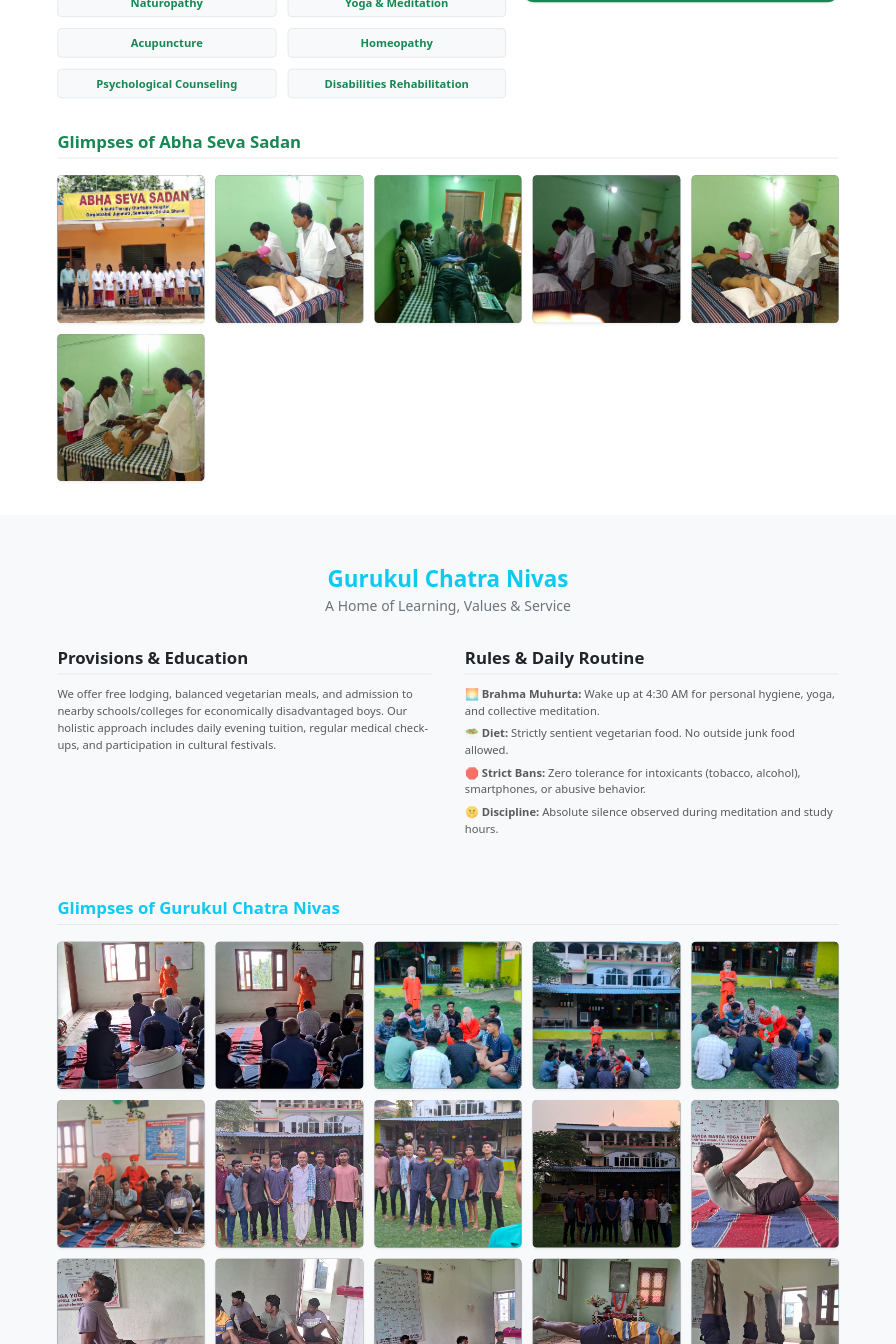
Repository: Gagankumar7869/ngo-website
Page: /
These files come from the project's save history. The page is drawn as it stood at one moment and after the next save; the edit follows.
The browser window is 1280 px wide. The pictures show the part of the page from y = 1586 to 3506 px (the page is 4661 px tall), at 70% of full size.
The project was rebuilt for these pictures with package versions that can differ from the ones it lists, and the page was loaded fresh each time. Also part of the build but not shown: vite.config.js.

Above is the page before, as saved 2026-03-18 11:40:36.

### index.html
<!doctype html>
<html lang="en">
  <head>
    <meta charset="UTF-8" />
    <link rel="icon" type="image/svg+xml" href="/favicon.svg" />
    <meta name="viewport" content="width=device-width, initial-scale=1.0" />
    <title>ngo_website</title>
  </head>
  <body>
    <div id="root"></div>
    <script type="module" src="/src/main.jsx"></script>
  </body>
</html>

### src/index.css
/* Custom Styling for the Support Cards */
.support-card {
  background-color: transparent;
  color: white;
  transition: all 0.3s ease-in-out;
  cursor: pointer;
}

.support-card:hover {
  background-color: #ffc107; /* Matches Bootstrap's warning yellow */
  color: #212529 !important; /* Dark text for readability */
  border-color: #ffc107 !important;
  transform: translateY(-5px); /* Slight lift effect */
  box-shadow: 0 10px 20px rgba(0,0,0,0.2);
}

.support-card:hover h4,
.support-card:hover p {
  color: #212529 !important;
}

/* Make the hero image a bit more organic looking */
.hero-image {
  border-radius: 50% 10% 50% 10% / 10% 50% 10% 50%;
  box-shadow: 0 15px 30px rgba(0,0,0,0.1);
}

### src/App.jsx
import React from 'react';
import Navigation from './components/Navigation';
import Home from './pages/Home';

function App() {
  return (
    <div>
      <Navigation />
      <main>
        <Home />
      </main>
    </div>
  );
}

export default App;

### src/components/Navigation.jsx
import React from 'react';
import { Navbar, Nav, Container } from 'react-bootstrap';

const Navigation = () => {
  return (
    <>
      {/* Top Contact Bar */}
      <div className="bg-light py-2 border-bottom d-none d-lg-block">
        <Container>
          <div className="row text-muted small fw-semibold">
            <div className="col-md-4">
              📞 +91 9938167456
            </div>
            <div className="col-md-4 text-center">
              ✉️ abhasevasadansambalpur@gmail.com
            </div>
            <div className="col-md-4 text-end">
              📍 Sambalpur, Odisha, BHARAT
            </div>
          </div>
        </Container>
      </div>

      {/* Main Navbar */}
      <Navbar bg="white" variant="light" expand="lg" sticky="top" className="shadow-sm py-3">
        <Container>
          <Navbar.Brand href="#" className="fw-bold fs-4 text-primary">
            ANDS Foundation
          </Navbar.Brand>
          <Navbar.Toggle aria-controls="basic-navbar-nav" />
          <Navbar.Collapse id="basic-navbar-nav">
            <Nav className="ms-auto align-items-center fw-semibold">
              <Nav.Link href="#hospital" className="fs-6 px-3 text-dark">Hospital</Nav.Link>
              <Nav.Link href="#gurukul" className="fs-6 px-3 text-dark">Gurukul</Nav.Link>
              <Nav.Link href="#donate" className="btn btn-dark text-white fw-bold ms-lg-3 px-4 rounded-pill">
                Donate Now
              </Nav.Link>
            </Nav>
          </Navbar.Collapse>
        </Container>
      </Navbar>
    </>
  );
};

export default Navigation;

### src/pages/Home.jsx
import React, { useState } from 'react';
import { Modal } from 'react-bootstrap';
// Ensure your QR code image is still in this folder
import qrCodeImage from '../assets/images/abha-qr.png';

const Home = () => {
  // Photo counts
  const hospitalPhotos = Array.from({ length: 6 }, (_, i) => i + 1);
  const gurukulPhotos = Array.from({ length: 18 }, (_, i) => i + 1);

  // State to handle the image modal (lightbox)
  const [showModal, setShowModal] = useState(false);
  const [selectedImage, setSelectedImage] = useState('');

  // Function to open the modal with the clicked image
  const handleImageClick = (imgSrc) => {
    setSelectedImage(imgSrc);
    setShowModal(true);
  };

  return (
    <div>
      {/* SPLIT HERO SECTION */}
      <header className="bg-white py-5 mt-3 mb-5">
        <div className="container py-4">
          <div className="row align-items-center">
            <div className="col-lg-6 mb-5 mb-lg-0 pe-lg-5">
              <h1 className="display-4 fw-bold mb-4" style={{ color: '#2c3e50' }}>
                Serving Humanity is <span className="text-warning">Serving God</span>
              </h1>
              <p className="lead text-muted mb-4 lh-base">
                A unified mission to uplift the underprivileged in Sambalpur, Odisha.
                We provide integrated healthcare at Abha Seva Sadan and holistic, moral education for boys at Gurukul Chatra Nivas.
              </p>
              <div className="d-flex gap-3">
                <a href="#gurukul" className="btn btn-outline-dark btn-lg px-4 rounded-pill fw-semibold">
                  Read More
                </a>
                <a href="#donate" className="btn btn-warning btn-lg px-4 rounded-pill fw-bold text-dark">
                  Donate Now
                </a>
              </div>
            </div>
            <div className="col-lg-6 text-center">
              <img
                src={`/src/assets/images/gurukul-1.jpg`}
                alt="Children of Gurukul"
                className="img-fluid hero-image border border-white border-5 shadow"
              />
            </div>
          </div>
        </div>
      </header>

      {/* DARK SUPPORT CARDS SECTION */}
      <section className="py-5" style={{ backgroundColor: '#2c3e50' }}>
        <div className="container text-center py-5">
          <p className="text-warning fst-italic mb-2">Help & donate us now</p>
          <h2 className="fw-bold text-white mb-5 display-6">How Can You Support Our Mission</h2>

          <div className="row g-4 px-lg-5">
            <div className="col-md-4">
              <div className="support-card p-4 h-100 border border-secondary rounded text-start">
                <h4 className="fw-bold mb-3">Sponsor a Child's Education</h4>
                <p className="mb-0">Support the children at Gurukul Chatra Nivas by funding their tuition, school supplies, and daily nutritious meals.</p>
              </div>
            </div>
            <div className="col-md-4">
              <div className="support-card p-4 h-100 border border-secondary rounded text-start">
                <h4 className="fw-bold mb-3">Sponsor Medical Care</h4>
                <p className="mb-0">Help us procure medical equipment and provide free or low-cost holistic treatments at Abha Seva Sadan.</p>
              </div>
            </div>
            <div className="col-md-4">
              <div className="support-card p-4 h-100 border border-secondary rounded text-start">
                <h4 className="fw-bold mb-3">Celebrate Your Special Day</h4>
                <p className="mb-0">Celebrate your birthdays or anniversaries by sponsoring a special meal for the children and making a real difference.</p>
              </div>
            </div>
          </div>
        </div>
      </section>

      {/* ABHA SEVA SADAN (HOSPITAL) */}
      <section id="hospital" className="container py-5 mt-4">
        <div className="row align-items-center mb-5">
          <div className="col-lg-7">
            <h2 className="fw-bold text-success mb-3">Abha Seva Sadan</h2>
            <h5 className="text-secondary mb-4">Multi-Therapy Charitable Hospital</h5>
            <p className="fs-5 text-muted">
              We provide affordable and integrated healthcare to the underprivileged, blending modern science with ancient wellness traditions.
            </p>
            <div className="row g-3 mt-3">
              {['Allopathy', 'Ayurveda', 'Naturopathy', 'Yoga & Meditation', 'Acupuncture', 'Homeopathy', 'Psychological Counseling', 'Disabilities Rehabilitation'].map((therapy, index) => (
                <div key={index} className="col-sm-6">
                  <div className="p-2 border rounded bg-light text-center fw-semibold text-success">
                    {therapy}
                  </div>
                </div>
              ))}
            </div>
          </div>
          <div className="col-lg-5 mt-4 mt-lg-0 text-center">
             <div className="bg-success text-white p-4 rounded-4 shadow-sm">
                <h4 className="fw-bold mb-3">Hospital Vision</h4>
                <p className="mb-0">To create a center of healing focused on the total wellbeing of body, mind, and spirit for those who cannot afford treatment.</p>
             </div>
          </div>
        </div>

        {/* HOSPITAL PHOTO GALLERY */}
        <div className="mt-5">
          <h4 className="fw-bold mb-4 text-success border-bottom pb-2">Glimpses of Abha Seva Sadan</h4>
          <div className="row row-cols-2 row-cols-md-3 row-cols-lg-5 g-3">
            {hospitalPhotos.map((num) => (
              <div className="col" key={`hosp-${num}`}>
                <div
                  className="ratio ratio-1x1 bg-secondary rounded shadow-sm overflow-hidden d-flex align-items-center justify-content-center text-white"
                  style={{ cursor: 'pointer' }}
                  onClick={() => handleImageClick(`/src/assets/images/hospital-${num}.jpg`)}
                >
                  <img
                    src={`/src/assets/images/hospital-${num}.jpg`}
                    alt={`Hospital ${num}`}
                    className="img-fluid object-fit-cover w-100 h-100 support-card"
                  />
                </div>
              </div>
            ))}
          </div>
        </div>
      </section>

      {/* GURUKUL CHATRA NIVAS (HOSTEL) */}
      <section id="gurukul" className="bg-light py-5">
        <div className="container py-4">
          <div className="text-center mb-5">
            <h2 className="fw-bold text-info mb-2">Gurukul Chatra Nivas</h2>
            <h5 className="text-secondary">A Home of Learning, Values & Service</h5>
          </div>

          <div className="row g-5">
            <div className="col-md-6">
              <h4 className="fw-bold border-bottom pb-2">Provisions & Education</h4>
              <p className="text-muted mt-3">
                We offer free lodging, balanced vegetarian meals, and admission to nearby schools/colleges for economically disadvantaged boys. Our holistic approach includes daily evening tuition, regular medical check-ups, and participation in cultural festivals.
              </p>
            </div>

            <div className="col-md-6">
              <h4 className="fw-bold border-bottom pb-2">Rules & Daily Routine</h4>
              <ul className="list-unstyled mt-3 text-muted">
                <li className="mb-2">🌅 <strong>Brahma Muhurta:</strong> Wake up at 4:30 AM for personal hygiene, yoga, and collective meditation.</li>
                <li className="mb-2">🥗 <strong>Diet:</strong> Strictly sentient vegetarian food. No outside junk food allowed.</li>
                <li className="mb-2">🛑 <strong>Strict Bans:</strong> Zero tolerance for intoxicants (tobacco, alcohol), smartphones, or abusive behavior.</li>
                <li className="mb-2">🤫 <strong>Discipline:</strong> Absolute silence observed during meditation and study hours.</li>
              </ul>
            </div>
          </div>

          {/* GURUKUL PHOTO GALLERY */}
          <div className="mt-5 pt-4">
            <h4 className="fw-bold mb-4 text-info border-bottom pb-2">Glimpses of Gurukul Chatra Nivas</h4>
            <div className="row row-cols-2 row-cols-md-3 row-cols-lg-5 g-3">
              {gurukulPhotos.map((num) => (
                <div className="col" key={`guru-${num}`}>
                  <div
                    className="ratio ratio-1x1 bg-secondary rounded shadow-sm overflow-hidden d-flex align-items-center justify-content-center text-white"
                    style={{ cursor: 'pointer' }}
                    onClick={() => handleImageClick(`/src/assets/images/gurukul-${num}.jpg`)}
                  >
                    <img
                      src={`/src/assets/images/gurukul-${num}.jpg`}
                      alt={`Gurukul ${num}`}
                      className="img-fluid object-fit-cover w-100 h-100 support-card"
                    />
                  </div>
                </div>
              ))}
            </div>
          </div>
        </div>
      </section>

      {/* INTEGRATED DONATION SECTION */}
      <section id="donate" className="bg-dark text-white py-5">
        <div className="container py-4">
          <div className="text-center mb-5">
            <h2 className="fw-bold text-warning mb-3">Support Our Mission</h2>
            <p className="lead mx-auto" style={{ maxWidth: '700px' }}>
              Your contributions help construct hospital wards, support staff salaries, and provide food and education to the children of Gurukul Chatra Nivas.
            </p>
          </div>

          <div className="row justify-content-center align-items-stretch g-4">
            <div className="col-md-5">
              <div className="card h-100 shadow-sm border-0 text-dark">
                <div className="card-body p-4 bg-light rounded text-center">
                  <h4 className="card-title text-primary mb-4">Direct Bank Transfer</h4>
                  <ul className="list-unstyled fs-6 text-start d-inline-block">
                    <li className="mb-2"><strong>Account Name:</strong> Abha Seva Sadan</li>
                    <li className="mb-2"><strong>A/c Number:</strong> 44087197883</li>
                    <li className="mb-2"><strong>Bank:</strong> State Bank of India</li>
                    <li className="mb-2"><strong>Branch:</strong> Dhanupali (11576)</li>
                    <li className="mb-2"><strong>IFSC Code:</strong> SBIN0011576</li>
                  </ul>
                </div>
              </div>
            </div>

            <div className="col-md-5">
              <div className="card h-100 shadow-sm border-0 text-dark">
                <div className="card-body p-4 text-center">
                  <h4 className="card-title text-primary mb-3">Scan & Donate via UPI</h4>
                  <img
                    src={qrCodeImage}
                    alt="Donate via UPI"
                    className="img-fluid border p-2 rounded shadow-sm mb-2"
                    style={{ maxWidth: '180px' }}
                  />
                  <p className="text-muted small mb-0">Google Pay, PhonePe, Paytm</p>
                </div>
              </div>
            </div>
          </div>
        </div>
      </section>

      {/* FOOTER */}
      <footer className="bg-secondary text-white text-center py-4">
        <div className="container small">
          <p className="mb-1 fw-bold fs-5">ANDS FOUNDATION</p>
          <p className="mb-1">Reg. No. 1956/4/3864-2006</p>
          <p className="mb-1">Gargadbahal, Jujomura & Govindtola, Dhanupali, Sambalpur, Odisha</p>
          <p className="mb-0 mt-2">📞 9938167456 | ✉️ abhasevasadansambalpur@gmail.com</p>
        </div>
      </footer>

      {/* IMAGE MODAL (POP-UP) */}
      <Modal show={showModal} onHide={() => setShowModal(false)} size="lg" centered>
        <Modal.Header closeButton className="border-0 pb-0"></Modal.Header>
        <Modal.Body className="text-center pt-0 pb-4 px-4">
          <img src={selectedImage} alt="Expanded View" className="img-fluid rounded shadow-lg" />
        </Modal.Body>
      </Modal>

    </div>
  );
};

export default Home;

Loaded but not shown: src/main.jsx (common file)

After the next save:
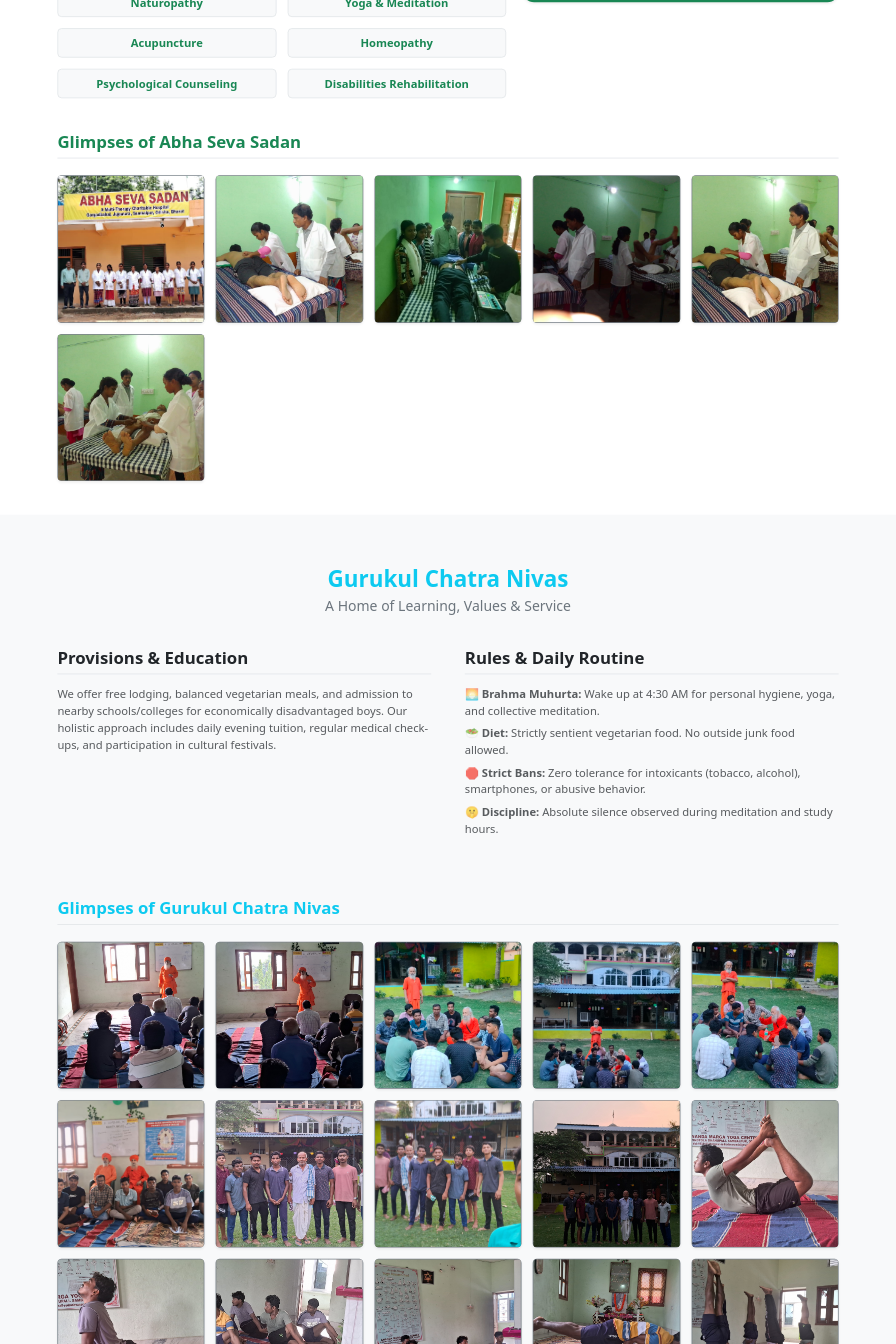
Saved 3 min 50 s later.
--- a/src/index.css
+++ b/src/index.css
@@ -1,26 +1,73 @@
+/* --- CUSTOM NGO COLOR PALETTE --- */
+:root {
+  --ngo-blue: #0A2540;     /* Deep navy for trust/authority */
+  --ngo-yellow: #FFD166;   /* Cheerful yellow for attention/hover */
+  --ngo-teal: #118AB2;     /* Calming teal for healthcare */
+  --ngo-coral: #EF476F;    /* Warm coral for urgency/donations */
+  --ngo-light: #F8F9FA;    /* Soft off-white for backgrounds */
+}
+
+/* Custom Background & Text Classes */
+.bg-ngo-blue { background-color: var(--ngo-blue) !important; }
+.bg-ngo-teal { background-color: var(--ngo-teal) !important; }
+.bg-ngo-light { background-color: var(--ngo-light) !important; }
+
+.text-ngo-blue { color: var(--ngo-blue) !important; }
+.text-ngo-teal { color: var(--ngo-teal) !important; }
+.text-ngo-coral { color: var(--ngo-coral) !important; }
+.text-ngo-yellow { color: var(--ngo-yellow) !important; }
+
+/* Custom Vibrant Buttons */
+.btn-donate {
+  background-color: var(--ngo-coral);
+  color: white !important;
+  border: none;
+  transition: all 0.3s ease;
+  box-shadow: 0 4px 6px rgba(239, 71, 111, 0.3);
+}
+
+.btn-donate:hover {
+  background-color: #D13658; /* Slightly darker coral on hover */
+  transform: translateY(-2px);
+  box-shadow: 0 6px 12px rgba(239, 71, 111, 0.4);
+}
+
+.btn-outline-custom {
+  border: 2px solid var(--ngo-blue);
+  color: var(--ngo-blue);
+  background-color: transparent;
+  transition: all 0.3s ease;
+}
+
+.btn-outline-custom:hover {
+  background-color: var(--ngo-blue);
+  color: white !important;
+}
+
 /* Custom Styling for the Support Cards */
 .support-card {
-  background-color: transparent;
+  background-color: rgba(255, 255, 255, 0.05); /* Slight transparent white over the dark background */
   color: white;
   transition: all 0.3s ease-in-out;
   cursor: pointer;
+  border: 1px solid rgba(255, 255, 255, 0.1);
 }
 
 .support-card:hover {
-  background-color: #ffc107; /* Matches Bootstrap's warning yellow */
-  color: #212529 !important; /* Dark text for readability */
-  border-color: #ffc107 !important;
-  transform: translateY(-5px); /* Slight lift effect */
+  background-color: var(--ngo-yellow);
+  color: var(--ngo-blue) !important;
+  border-color: var(--ngo-yellow) !important;
+  transform: translateY(-5px);
   box-shadow: 0 10px 20px rgba(0,0,0,0.2);
 }
 
 .support-card:hover h4,
 .support-card:hover p {
-  color: #212529 !important;
+  color: var(--ngo-blue) !important;
 }
 
 /* Make the hero image a bit more organic looking */
 .hero-image {
   border-radius: 50% 10% 50% 10% / 10% 50% 10% 50%;
-  box-shadow: 0 15px 30px rgba(0,0,0,0.1);
+  box-shadow: 0 15px 30px rgba(0,0,0,0.15);
 }
